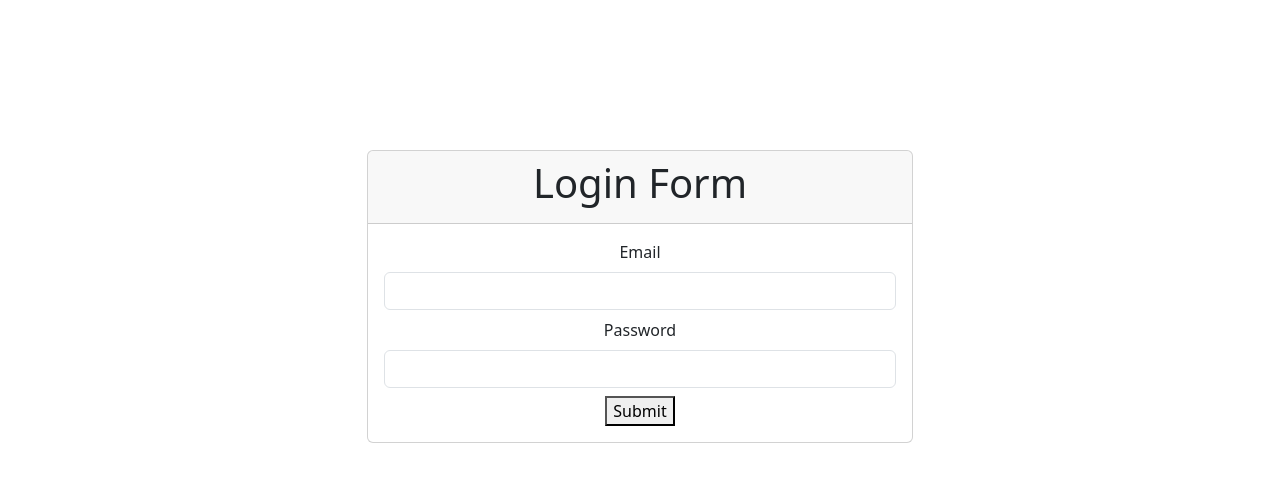
Repository: Laxman-Nath/java-internship
Page: http://localhost/Demo/login.jsp
An editor plug-in stored every save of this project. The page is shown before and after the next save, followed by the edit.
The browser window is 1280 px wide. The pictures show the whole page.
The page is served by Tomcat 9.

Above is the page before, as saved 2024-09-01 10:21:42.

After the next save:
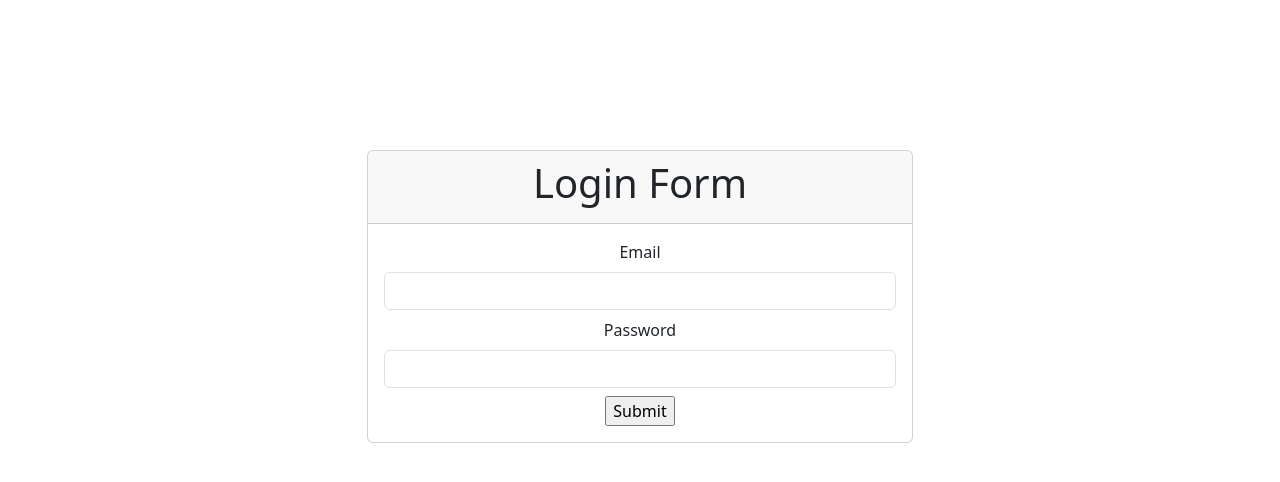
Saved 24 s later.
--- a/Servlet_JSP/Demo/src/main/webapp/login.jsp
+++ b/Servlet_JSP/Demo/src/main/webapp/login.jsp
@@ -27,7 +27,7 @@
 	   <label class="form-label">Password</label>
 	   <input type="password" required class="form-control">
 	   </div>
-	   <button  type="submit">Submit</button>
+	   <input type="button" value="Submit">
 	  </form>
 	</div>
 	</div>
